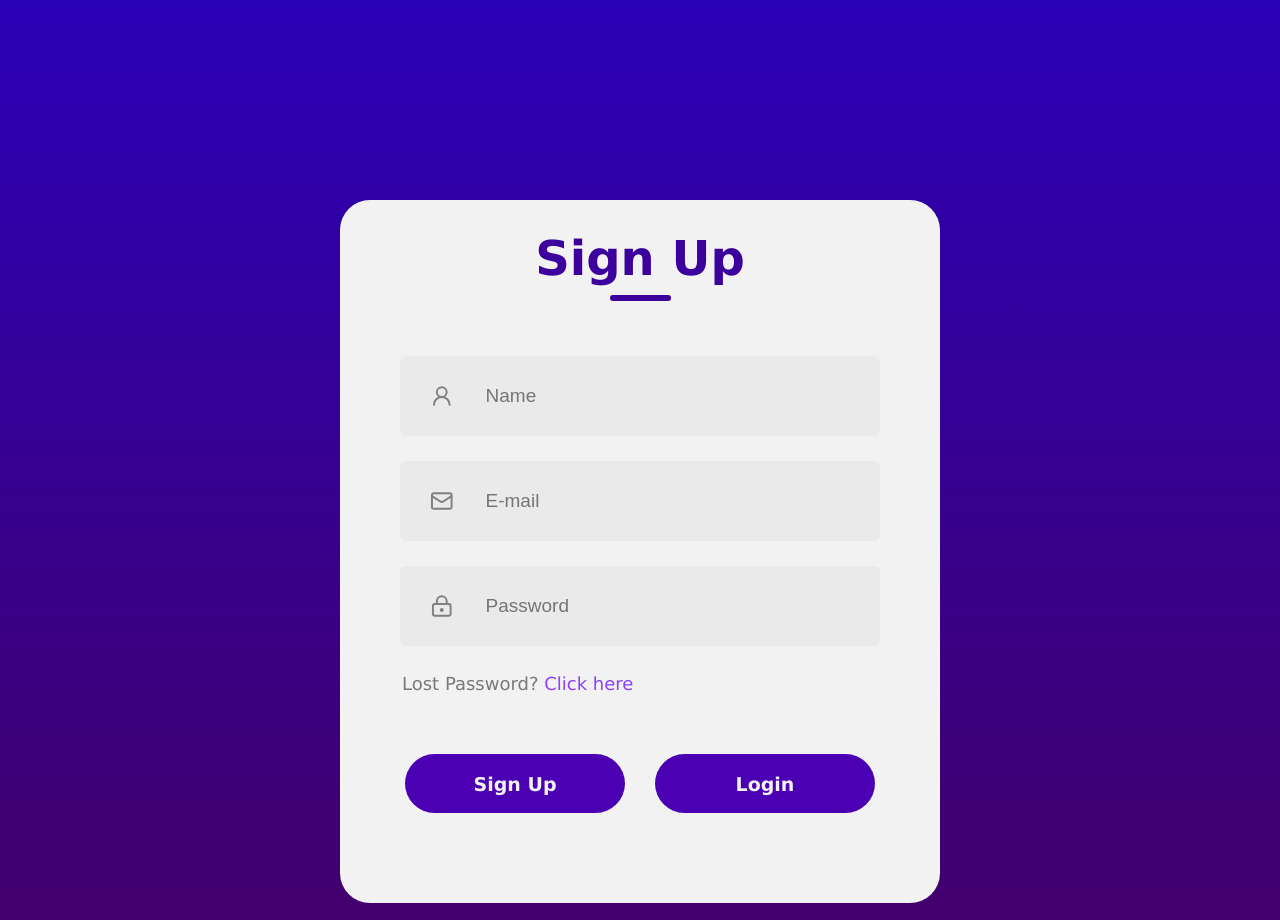
Repository: guilhermecardoso93/login-page
Page: /
The author's editor kept a copy of each file at every save. The page is drawn from the files as they stood at one save, then again after the next save.
The browser window is 1280 px wide. The pictures show the whole page.
The project was rebuilt for these pictures with package versions that can differ from the ones it lists, and the page was loaded fresh each time. Also part of the build but not shown: vite.config.js.

Above is the page before, as saved 2024-10-22 19:37:25.

### index.html
<!doctype html>
<html lang="en">
  <head>
    <meta charset="UTF-8" />
    <link rel="icon" type="image/svg+xml" href="" />
    <meta name="viewport" content="width=device-width, initial-scale=1.0" />
    <title>Login | SignUp</title>
  </head>
  <body>
    <div id="root"></div>
    <script type="module" src="/src/main.jsx"></script>
  </body>
</html>

### src/App.jsx
import { Login } from "./components/Login/Login";

export default function App() {
  return (
    <>
      <Login />
    </>
  );
}

### src/index.css
body {
  margin: 0;
  font-family: 'Lucida Sans', 'Lucida Sans Regular', 'Lucida Grande', 'Lucida Sans Unicode', Geneva, Verdana, sans-serif;
  -webkit-font-smoothing: antialiased;
  -moz-osx-font-smoothing: grayscale;
  height: 100vh;
  background: linear-gradient(#2A00B7, #42006c);
}

code {
  font-family: source-code-pro, Menlo, Monaco, Consolas, "Courier New", monospace;
}

### src/components/Login/Login.jsx
import { UserRound, Mail, LockKeyhole } from "lucide-react";
import "./Login.css";
import { useState } from "react";

export const Login = () => {
  const [action, setAction] = useState("Sign Up");

  return (
    <div className="container">
      <header>
        <span>Sign Up</span>
        <div className="underline"></div>
      </header>{" "}
      <div className="inputs">
        <div className="input">
          <UserRound color="gray" size={24} className="icon" />
          <input type="text" placeholder="Name"/>
        </div>

        <div className="input">
          <Mail color="gray" size={24} className="icon" />
          <input type="email" placeholder="E-mail" />
        </div>

        <div className="input">
          <LockKeyhole color="gray" size={24} className="icon" />
          <input type="password" placeholder="Password" />
        </div>
      </div>
      <div className="forgot-password">
        Lost Password? <span>Click here</span>
      </div>
      <div className="submit-container">
        <div className="submit">Sign Up</div>
        <div className="login">Login</div>
      </div>
    </div>
  );
};

### src/components/Login/Login.css
.container {
  display: flex;
  flex-direction: column;
  margin: auto;
  margin-top: 200px;
  width: 600px;
  padding-bottom: 30px;
  border-radius: 30px;
  background: #f2f2f2;
}

header {
  display: flex;
  flex-direction: column;
  align-items: center;
  gap: 9px;
  width: 100%;
  margin-top: 30px;
}

header span {
  color: #3c009d;
  font-size: 48px;
  font-weight: 700;
}

.underline {
  width: 61px;
  height: 6px;
  background-color: #3c009d;
  border-radius: 9px;
}

.inputs {
  margin-top: 55px;
  display: flex;
  flex-direction: column;
  gap: 25px;
}

.input {
  display: flex;
  align-items: center;
  justify-content: center;
  margin: auto;
  width: 480px;
  height: 80px;
  background-color: #eaeaea;
  border-radius: 6px;
}

.input .icon {
  margin: 0px 30px;
}

.input input {
  height: 50px;
  width: 400px;
  background: transparent;
  border: none;
  outline: none;
  color: #797979;
  font-size: 19px;
}

.forgot-password {
  padding-left: 62px;
  margin-top: 27px;
  color: #797979;
  font-size: 18px;
}

.forgot-password span {
  color: #8e41fa;
  cursor: pointer;
}

.forgot-password span:hover {
  color: #3c009d;
}

.submit-container {
  display: flex;
  gap: 30px;
  margin: 60px auto;
}

.submit, .login {
  display: flex;
  justify-content: center;
  align-items: center;
  width: 220px;
  height: 59px;
  color: #f2f2f2;
  background-color: #4c00b4;
  border-radius: 50px;
  font-size: 19px;
  font-weight: 700;
  cursor: pointer;
}

.submit:hover, .login:hover {
  background-color: #8e41fa;
}

Loaded but not shown: src/main.jsx (common file)

After the next save:
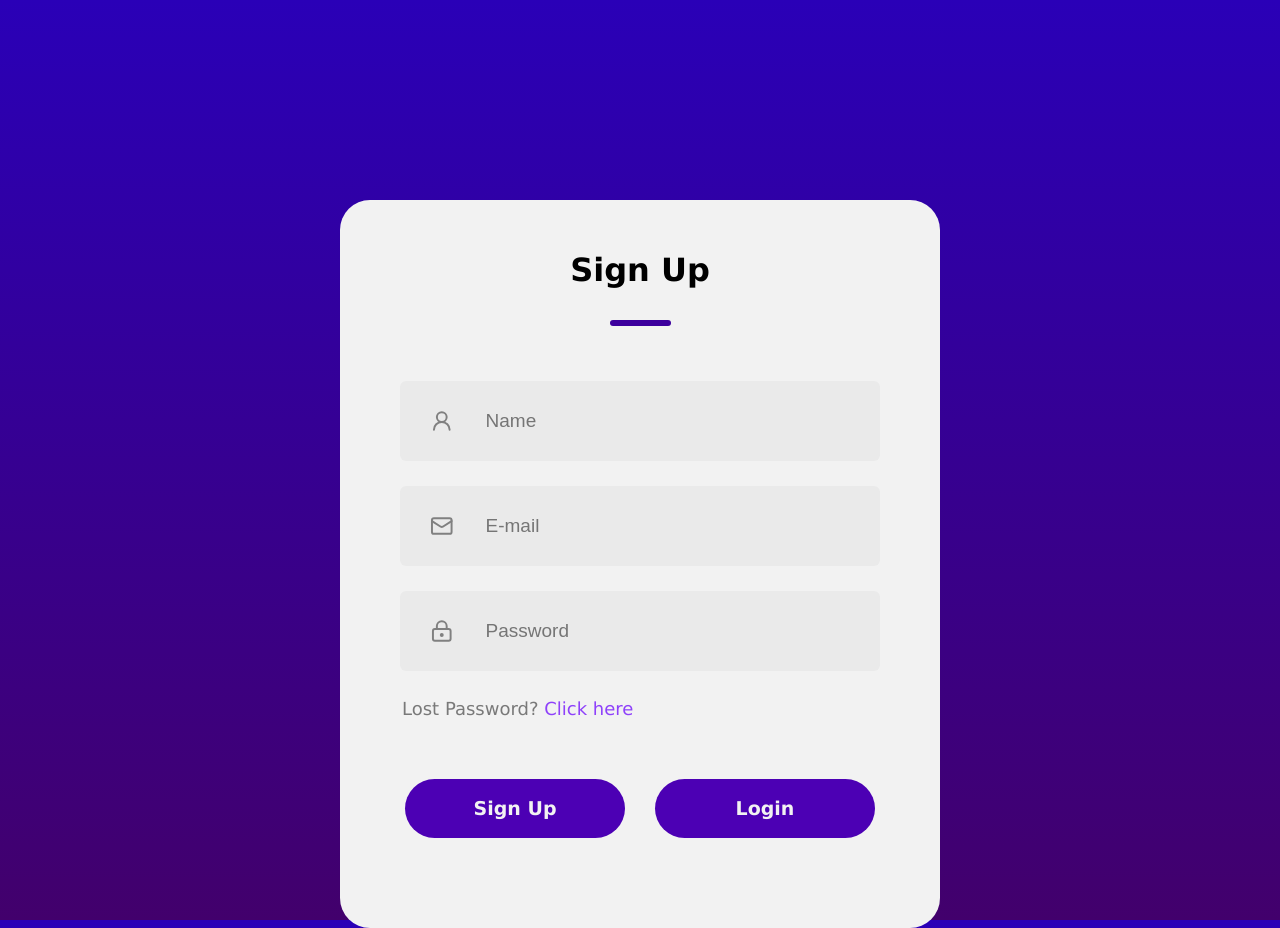
Saved 35 s later.
--- a/src/components/Login/Login.jsx
+++ b/src/components/Login/Login.jsx
@@ -8,7 +8,7 @@ export const Login = () => {
   return (
     <div className="container">
       <header>
-        <span>Sign Up</span>
+        <h1>{action}</h1>
         <div className="underline"></div>
       </header>{" "}
       <div className="inputs">
